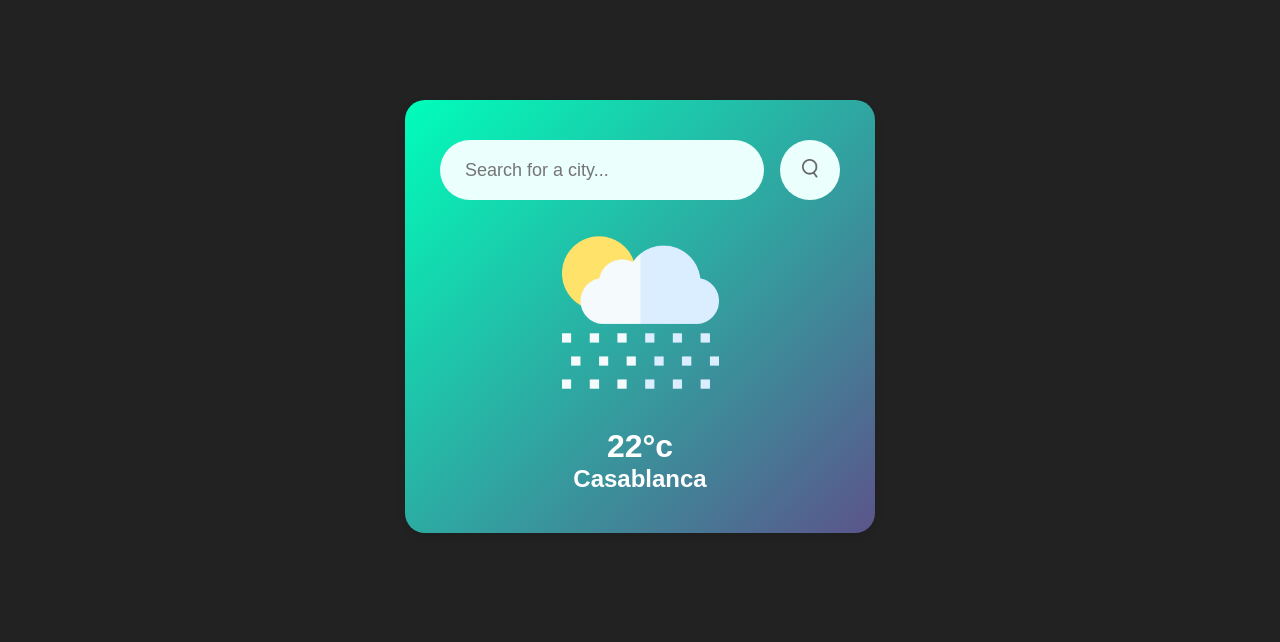
Repository: Abdelilah-Lakrim/Weather-App
Page: index.html
The author's editor kept a copy of each file at every save. The page is drawn from the files as they stood at one save, then again after a run of saves.
The browser window is 1280 px wide. The pictures show the whole page.

Above is the page before, as saved 2025-06-17 11:12:53.

After the next 6 saves:
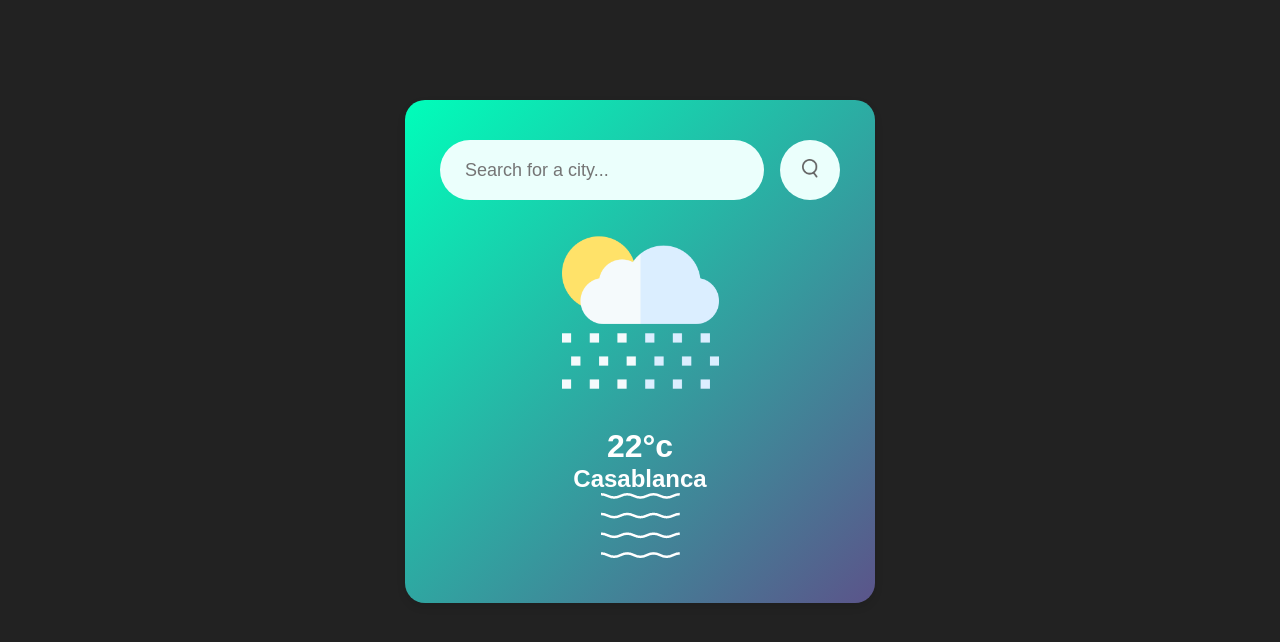
The 6 saves are shown as one change because they came seconds apart.
The last was saved 14 s later.
--- a/index.html
+++ b/index.html
@@ -17,7 +17,9 @@
             <h1 class="temp">22°c</h1>
             <h2 class="city">Casablanca</h2>
             <div class="details">
-                <div class="col"></div>
+                <div class="col">
+                    <img src="images/humidity.png" alt="">
+                </div>
             </div>
         </div>
     </div>
